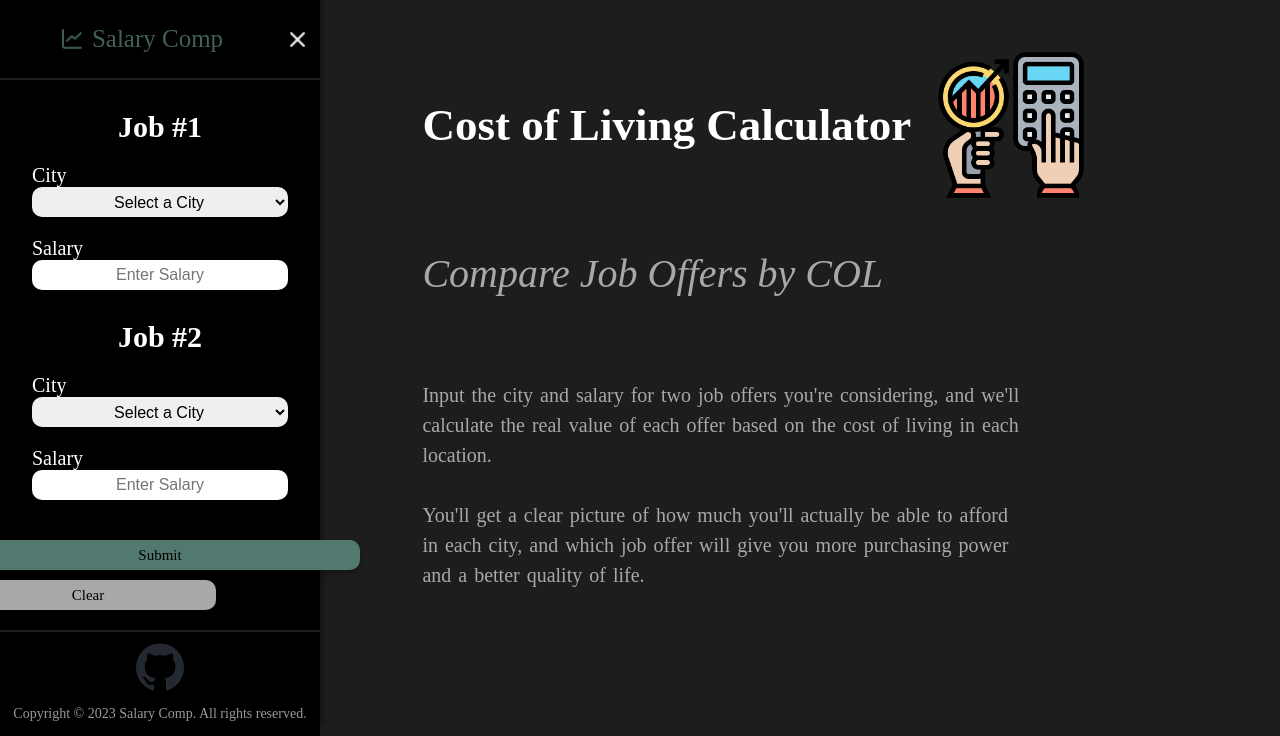
Repository: robbymcd/Salary-Comp
Page: /
An editor plug-in stored every save of this project. The page is shown before and after the next save, followed by the edit.
The browser window is 1280 px wide. The pictures show the whole page.
Some web fonts or font styles are not loaded; a fallback is used. The project was rebuilt for these pictures with package versions that can differ from the ones it lists, and the page was loaded fresh each time. Also part of the build but not shown: src/Main.css, src/Main.js.

Above is the page before, as saved 2023-06-16 11:06:05.

After the next save:
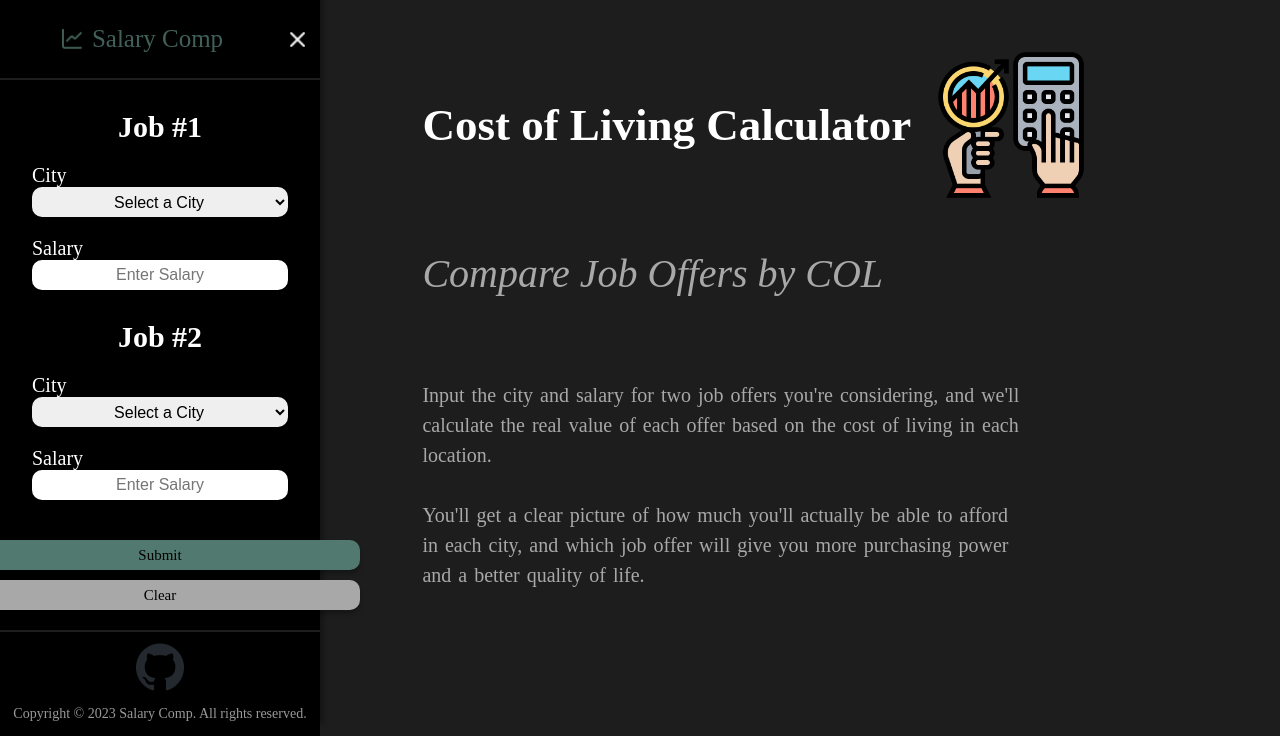
Saved 9 s later.
--- a/src/Sidebar.css
+++ b/src/Sidebar.css
@@ -87,4 +87,8 @@
     .submit {
         width: 400px;
     }
+
+    .clear {
+        width: 400px;
+    }
 }
